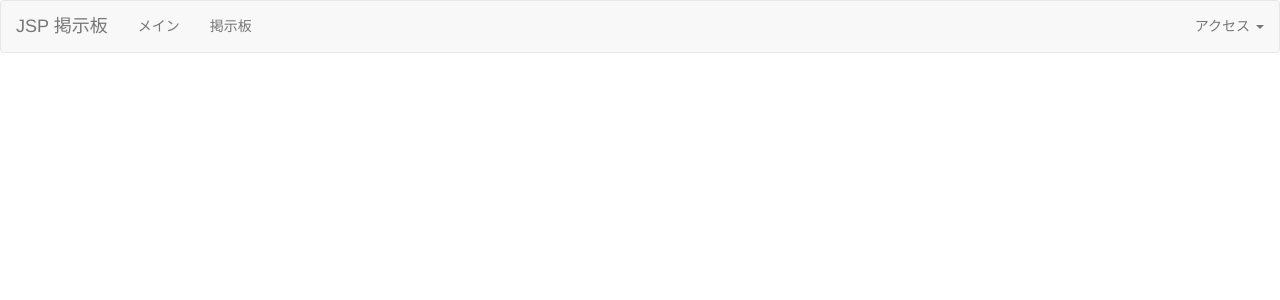
Repository: dengpu/JSP
Page: http://localhost/BBS/login.jsp
These files come from the project's save history. The page is drawn as it stood at one moment and after a run of saves; the edit follows.
The browser window is 1280 px wide. The pictures show the whole page.
Some web libraries are served in a nearby version. The page is served by Tomcat 9.

Above is the page before, as saved 2017-05-15 02:11:50.

After the next 2 saves:
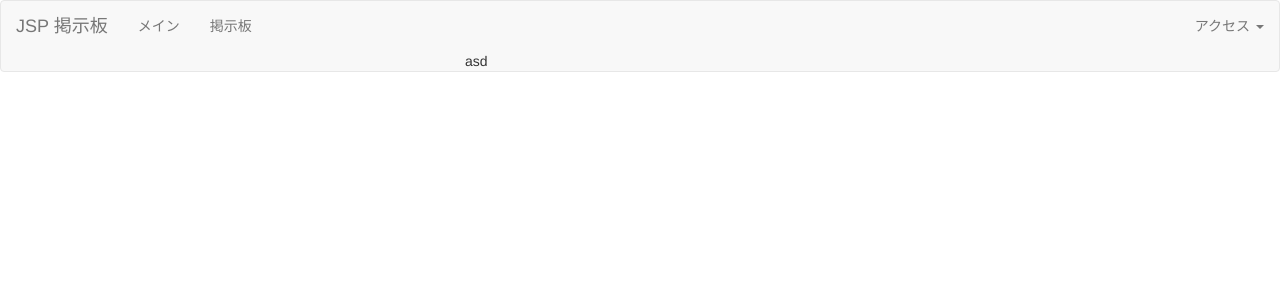
The 2 saves are shown as one change because they came seconds apart.
The last was saved 14 s later.
--- a/BBS/WebContent/login.jsp
+++ b/BBS/WebContent/login.jsp
@@ -42,6 +42,7 @@
 		</div>
 		<div class="container">
 			<div class="col-lg-4"></div>
+			<div class="col-lg-4">asd</div>
 
 
 		</div>
